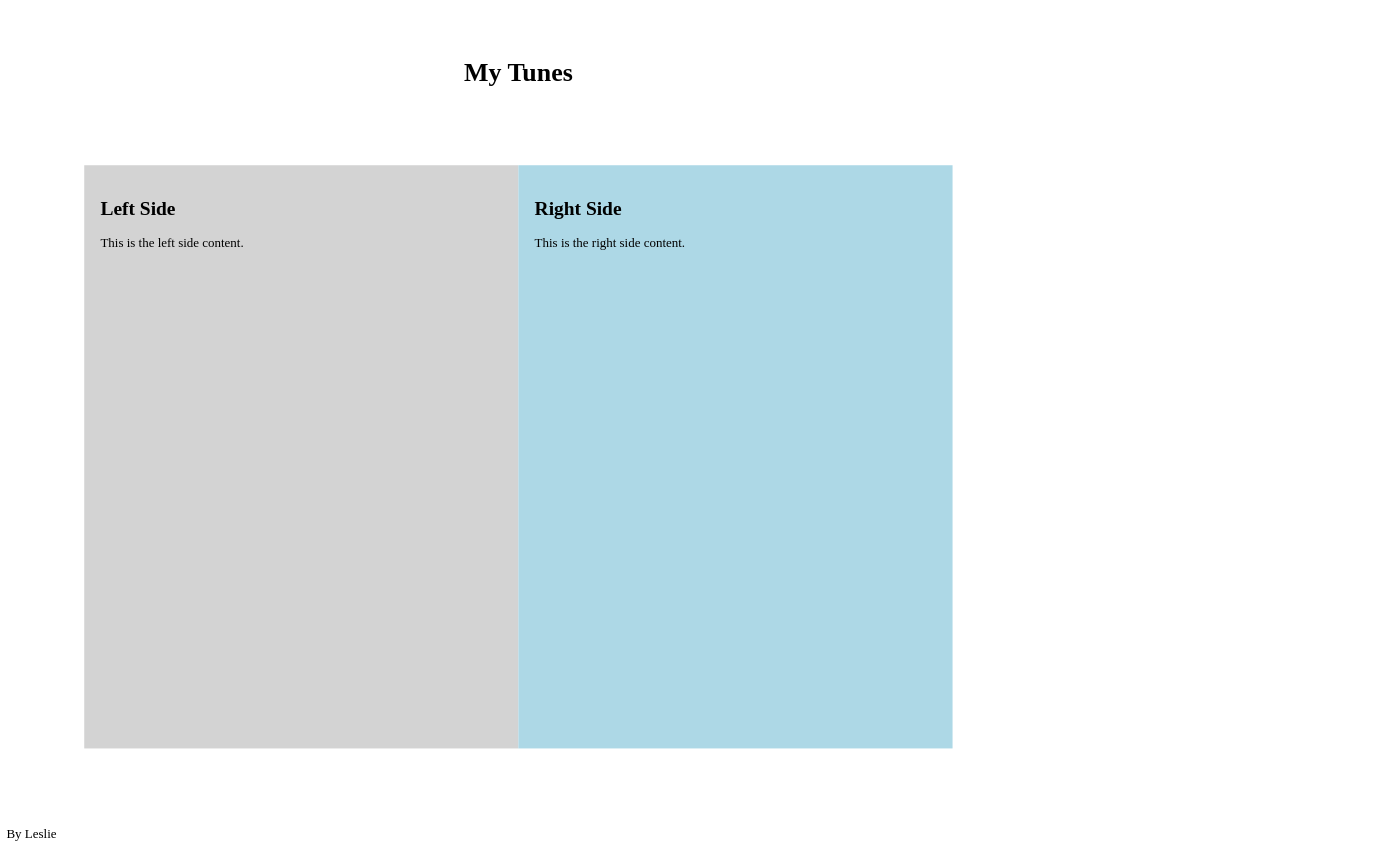
Repository: leslie179/labOne
Page: /
These files come from the project's save history. The page is drawn as it stood at one moment and after a run of saves; the edit follows.
The browser window is 1280 px wide. The page is 1712 px wide, then 1280 px, so the pictures cover 1712 px, including what lies to the right of the window. The pictures show the whole page, at 81% of full size.
The project was rebuilt for these pictures with package versions that can differ from the ones it lists, and the page was loaded fresh each time. The framework's server and built-in components were replaced by stand-ins that run in the browser. Also part of the build but not shown: next.config.js, components/Footer/Footer.module.css, components/LeftComponent/LeftComponent.module.css, components/RightComponent/RightComponent.module.css.

Above is the page before, as saved 2024-09-15 21:39:25.

### pages/index.js
import Head from 'next/head'
import styles from '@/styles/Home.module.css'
import Footer from '@/components/Footer'
import Header from '@/components/Header'
import LeftComponent from '@/components/LeftComponent'
import RightComponent from '@/components/RightComponent'

export default function Home() {
  return (
    <>
      <Head>
        <title>Create Next App</title>
        <meta name="description" content="Generated by create next app" />
        <meta name="viewport" content="width=device-width, initial-scale=1" />
        <link rel="icon" href="/favicon.ico" />
      </Head>
      <Header/>
      <main className={`${styles.main}`}>
      <div className={styles.container}>
      <div className={styles.left}>
                <LeftComponent />
            </div>
            <div className={styles.right}>
                <RightComponent />
            </div>
            </div>
      </main>
      <Footer/>
    </>
  )
}

### styles/globals.css
:root {


}

a {
  color: inherit;
  text-decoration: none;
}

### styles/Home.module.css
.main {
  display: flex;
  flex-direction: column;
  justify-content: space-between;
  align-items: center;
  padding: 6rem;
  min-height: 20vh;
}

.container {
  display: flex;
  width: 100%;
  height: 100vh;
  padding-left: 50%;
  padding-right: 50%;
}

.left, .right {
  width: 50%;
  padding: 20px;
  box-sizing: border-box;
}

.left {
  background-color: lightgray;
}

.right {
  background-color: lightblue;
}

### components/Footer/index.js
import styles from "./Footer.module.css"

export default function Footer() {
    return(
        <footer className={styles.Footer}>
            By Leslie
        </footer>
    )
}

### components/Header/index.js
import styles from './Header.module.css';


export default function Header() {
    return (
        <header className={styles.header}>
            <h1>My Tunes</h1>
        </header>
    );
}

### components/LeftComponent/index.js
import styles from './LeftComponent.module.css';

export default function LeftComponent() {
    return (
        <div>
            <h2>Left Side</h2>
            <p>This is the left side content.</p>
        </div>
    );
}

### components/RightComponent/index.js
import styles from './RightComponent.module.css';

export default function RightComponent() {
    return (
        <div>
            <h2>Right Side</h2>
            <p>This is the right side content.</p>
        </div>
    );
}

### components/Header/Header.module.css
.header {
    text-align: center;
    padding-top: 5%;
  }

  .header h1 {
    margin: 0;
    padding: 0;
    font-size: 2rem; /* Adjust as needed */
  }

Loaded but not shown: pages/_app.js (common file); pages/_document.js (common file)

After the next 3 saves:
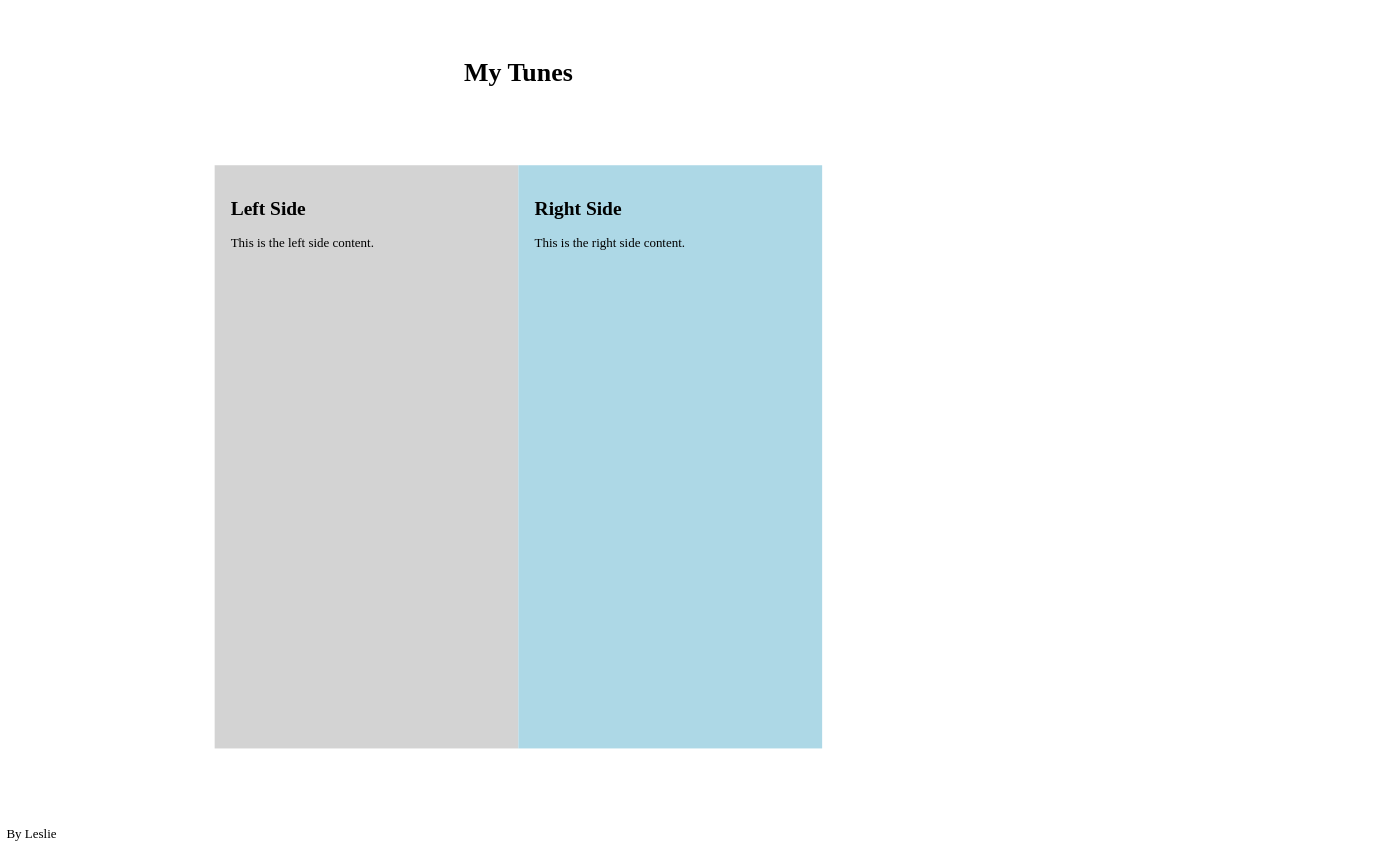
The 3 saves are shown as one change because they came seconds apart.
The last was saved 11 s later.
--- a/styles/Home.module.css
+++ b/styles/Home.module.css
@@ -9,10 +9,9 @@
 
 .container {
   display: flex;
-  width: 100%;
+  width: 70%;
   height: 100vh;
-  padding-left: 50%;
-  padding-right: 50%;
+
 }
 
 .left, .right {
